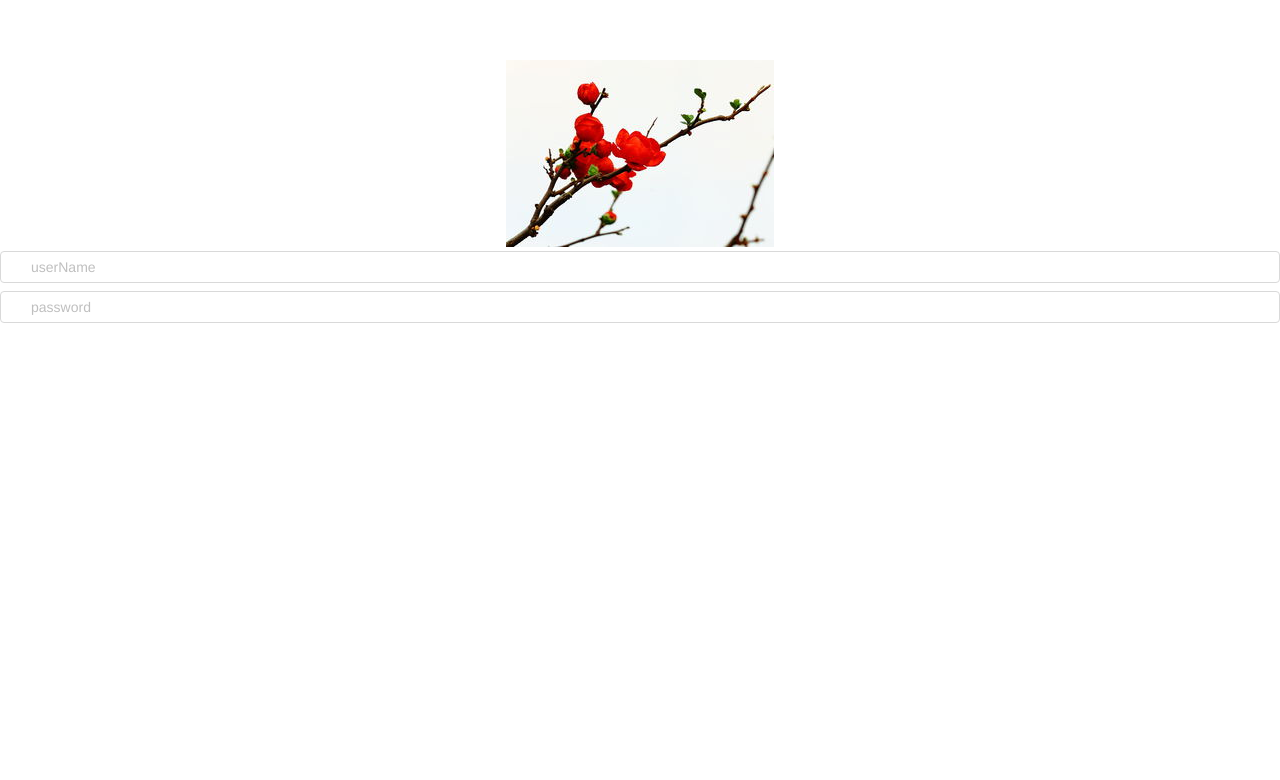
Repository: zhongdm/vue-vuex-antd
Page: /
An editor plug-in stored every save of this project. The page is shown before and after the next save, followed by the edit.
The browser window is 1280 px wide. The pictures show the whole page.
The project was rebuilt for these pictures with package versions that can differ from the ones it lists, and the page was loaded fresh each time.

Above is the page before, as saved 2019-03-13 14:56:36.

After the next save:
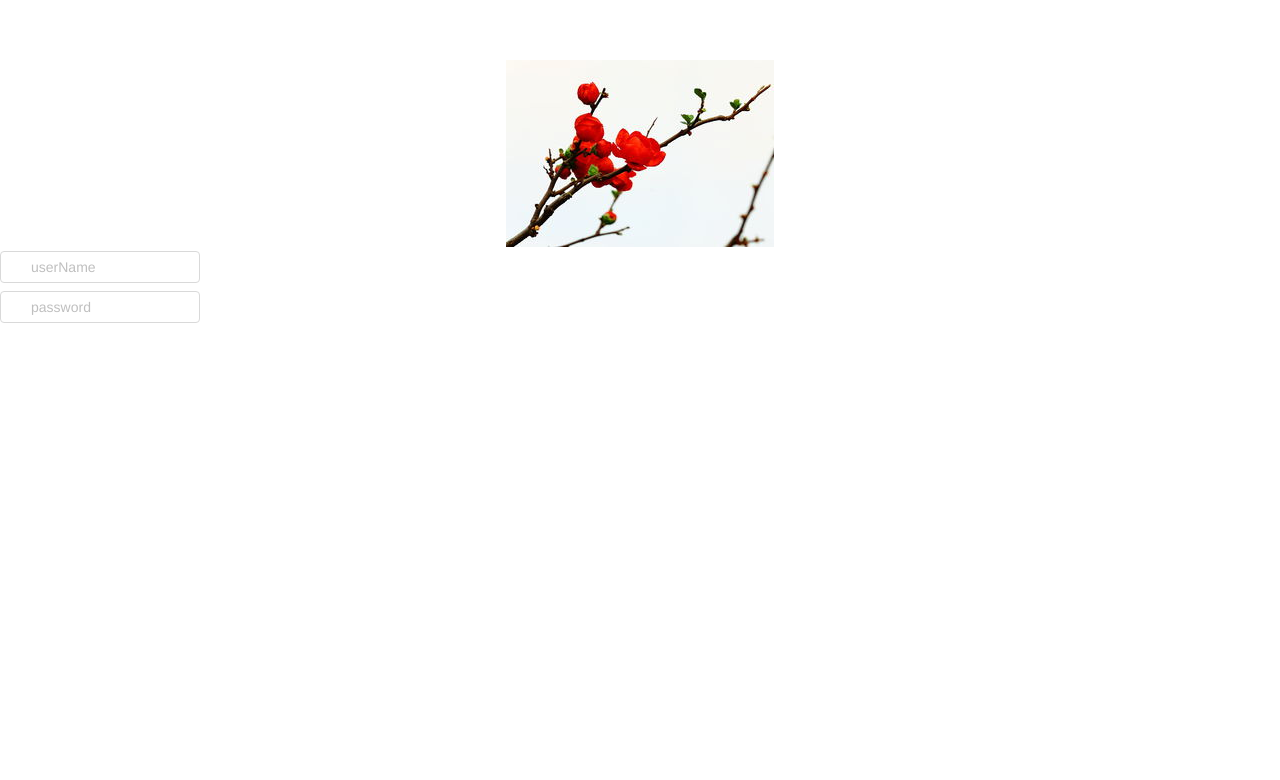
Saved 5 min 32 s later.
--- a/src/pages/Login.vue
+++ b/src/pages/Login.vue
@@ -30,3 +30,8 @@ export default {
   }
 }
 </script>
+
+<style lang="stylus" scoped>
+  .form-container
+    width 200px
+</style>
